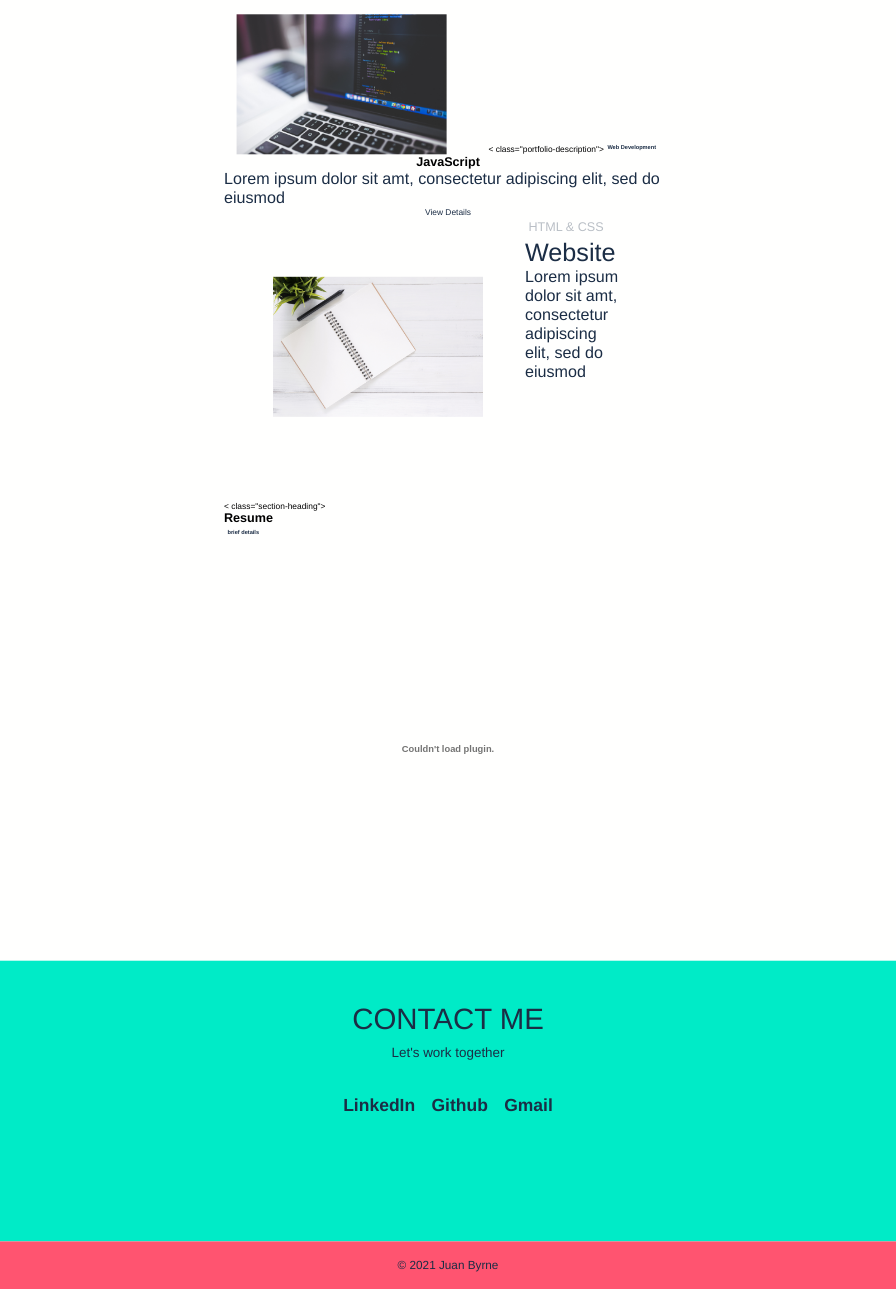
Repository: jb150524/JB-Portfolio
Page: index.html
These files come from the project's save history. The page is drawn as it stood at one moment and after the next save; the edit follows.
The browser window is 1280 px wide. The pictures show the part of the page from y = 2798 to 4718 px (the page is 4640 px tall before and 4718 px after), at 70% of full size.
Some icons come from a web library that is not loaded, so they are not drawn.

Above is the page before, as saved 2021-07-27 23:25:31.

After the next save:
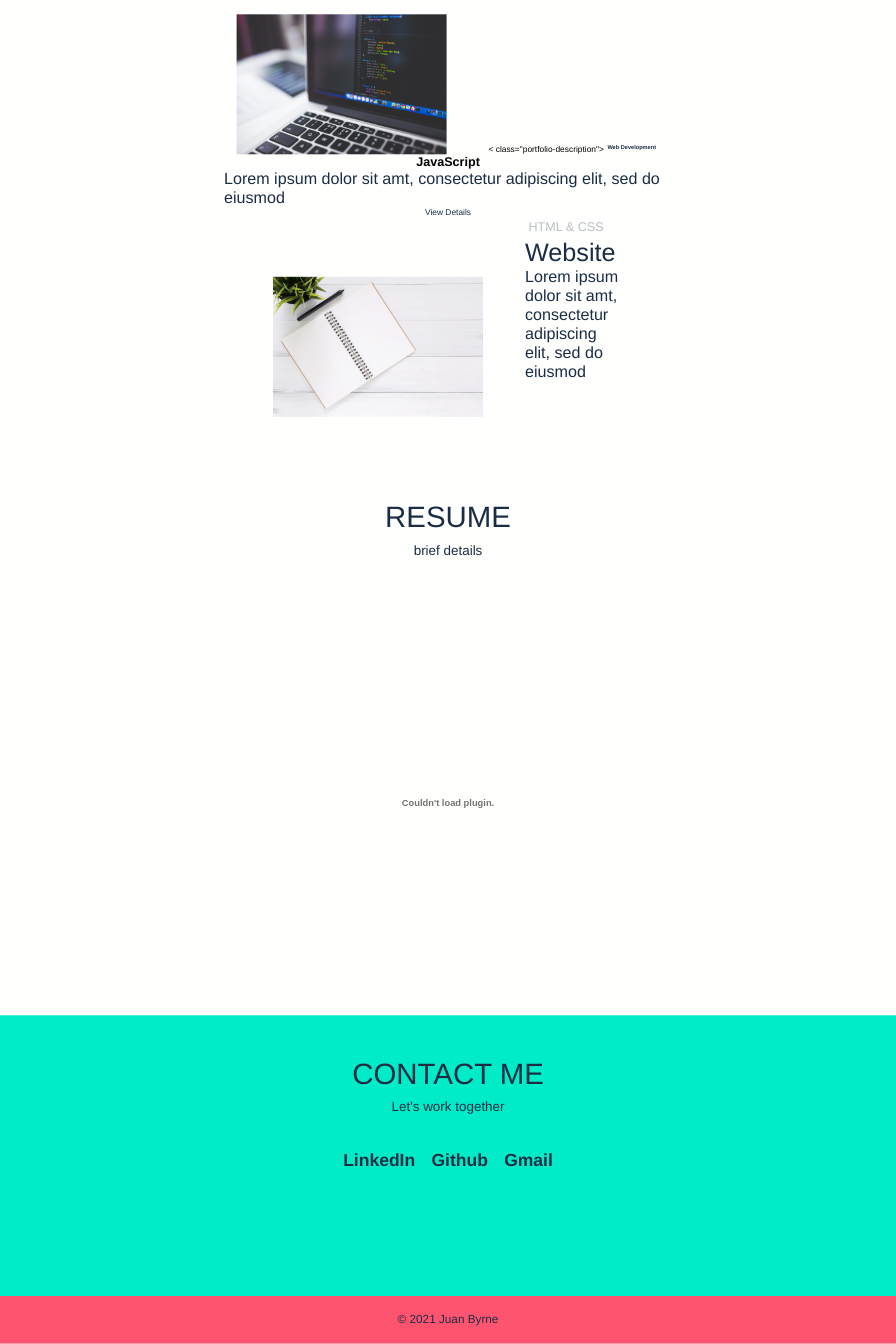
Saved 53 s later.
--- a/index.html
+++ b/index.html
@@ -136,12 +136,12 @@
 
     <section class="resume" id="resume">
       <div class="container">
-        < class="section-heading">
+        <d class="section-heading">
         <h1>Resume</h1>
         <h6>brief details</h6>
         <embed src="JByrne Resume 2021 FINAL.pdf" type="application/pdf" width="100%" height="600px" />
         <!-- <input type="button" value="Download!"> -->
-      </p>
+        </d>
         </div>
 
     <section class="contact" id="contact">

After the save that followed:
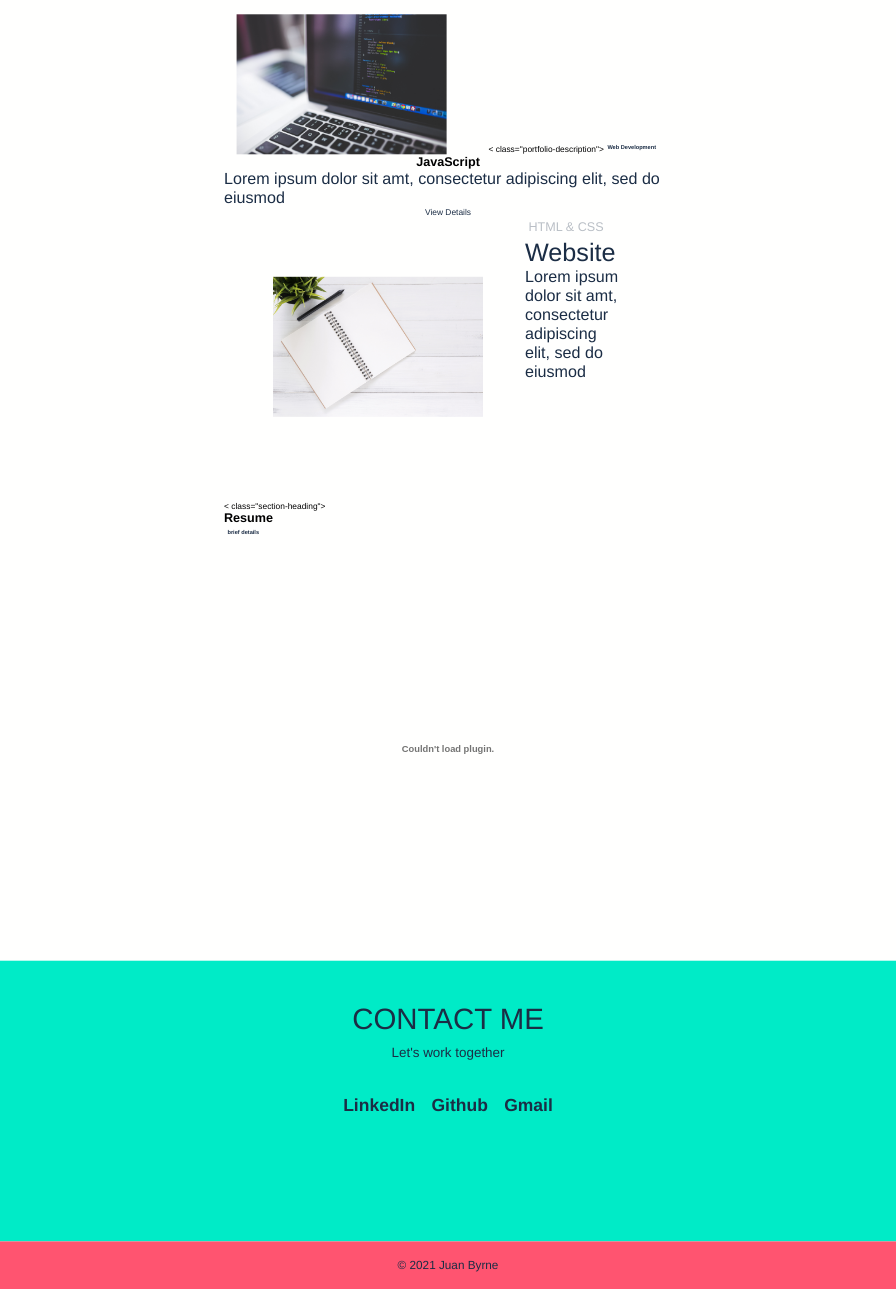
Saved 22 s later.
--- a/index.html
+++ b/index.html
@@ -136,11 +136,12 @@
 
     <section class="resume" id="resume">
       <div class="container">
-        <d class="section-heading">
+        < class="section-heading">
         <h1>Resume</h1>
         <h6>brief details</h6>
         <embed src="JByrne Resume 2021 FINAL.pdf" type="application/pdf" width="100%" height="600px" />
         <!-- <input type="button" value="Download!"> -->
+      </p>
         </d>
         </div>
 
